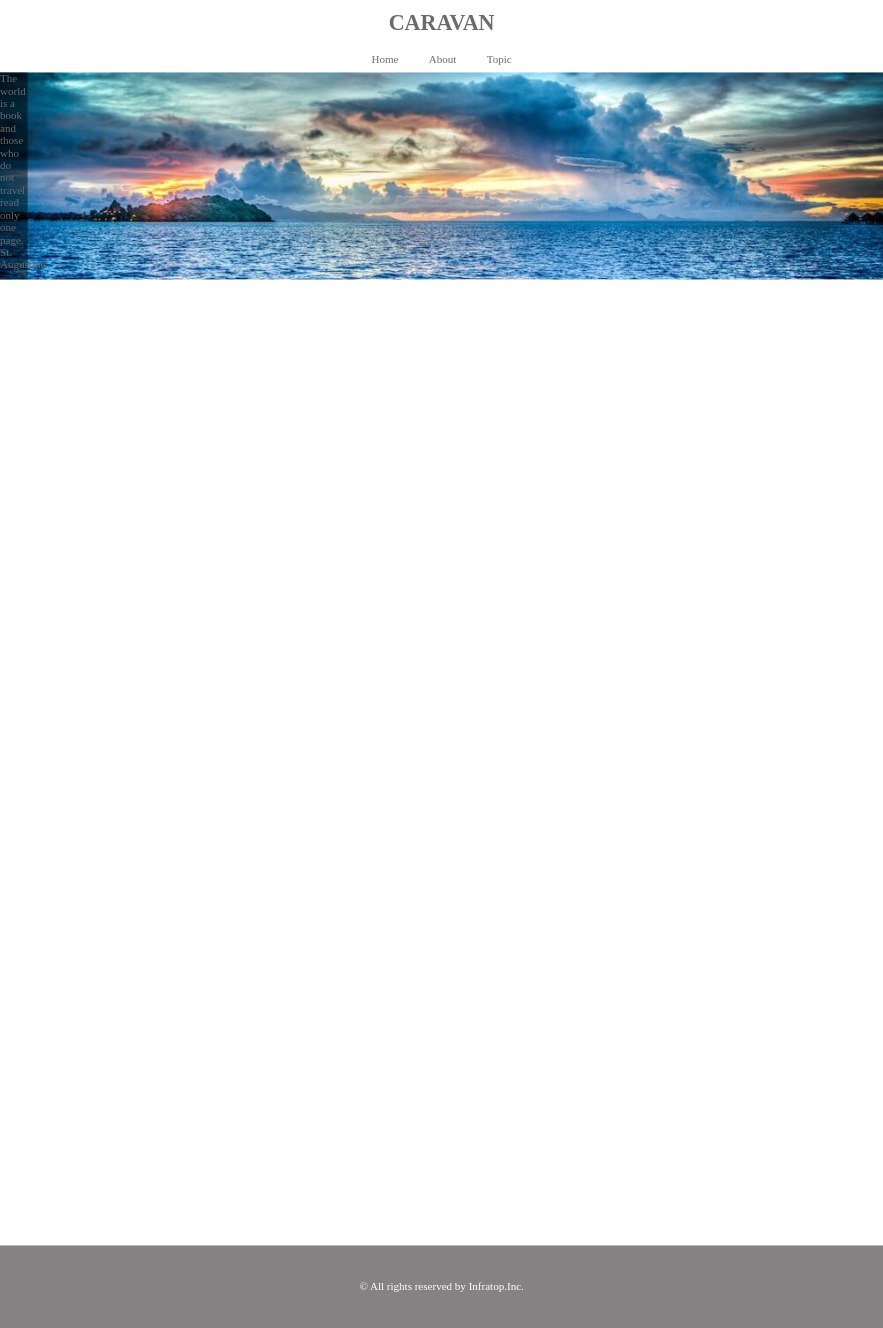
Repository: kowatann/sample_app
Page: caravan/index.html
The author's editor kept a record of every edit. The page is drawn from the files as they stood at one moment, then again after the next edit.
The browser window is 1280 px wide. The pictures show the whole page, at 69% of full size.

Above is the page before.

### caravan/index.html
<!DOCTYPE html>
<html lang="ja">
  <head>
    <meta charset="UTF-8" />
    <link rel="stylesheet" href="style.css" />
    <title>CARAVAN</title>
  </head>

  <body>
    <header>
      <h1 class="heading">
        <a href="index.html">
          CARAVAN
        </a>
      </h1>
    </header>

    <nav>
      <ul class="nav-list">
        <li class="nav-list-item">
          <a href="index.html">Home</a>
        </li>
        <li class="nav-list-item">About</li>
        <li class="nav-list-item">Topic</li>
      </ul>
    </nav>

    <div class="main-visual">
      <div class="main-visual-content">
        <p class="main-visual-text">
          The world is a book and those who do not travel read only one page.
        </p>
        <p class="main-visual-name">
          St. Augustine
        </p>      </div>
    </div>

    <div class="main">
      <div class="blog"></div>
      <div class="sidebar"></div>
    </div>

    <footer>
      <p class="footer-text">© All rights reserved by Infratop.Inc.</p>
    </footer>
  </body>
</html>

### caravan/style.css
* {
  margin: 0;
  padding: 0;
  box-sizing: border-box;
  color: #6c6b6b;
}

a {
  text-decoration: none;
}

header {
  width: 90%;
  padding: 15px 0;
  margin: 0 auto;
  text-align: center;
}

header .heading {

  font-size: 32px;
}

.nav-list {
  text-align: center;
  padding: 10px 0;
  margin: 0 auto;
}

.nav-list-item {
  list-style: none;
  display: inline-block;
  margin: 0 20px;
}

.main-visual {
  width: 100%;
  height: 300px;
  background-image: url(img/mv.jpg);
  background-size: cover;
  background-position: center;
}

.main-visual-content {
  width: 40px;
  height: 300px;
  background-color: rgba( 0, 0, 0, 0.5);
}

.main {
  width: 840px;
  display: flex;
  justify-content: center;
  margin: 0 auto;
}

.blog {
  width: 600px;
  height: 1400px;
}

.sidebar {
  width: 240px;
  height: 1400px;
}

footer {
  width: 100%;
  height: 120px;
  text-align: center;
  line-height: 120px;
  background-color: #848282;
}

.footer-text {
  color: #fff;
}

After the next edit:
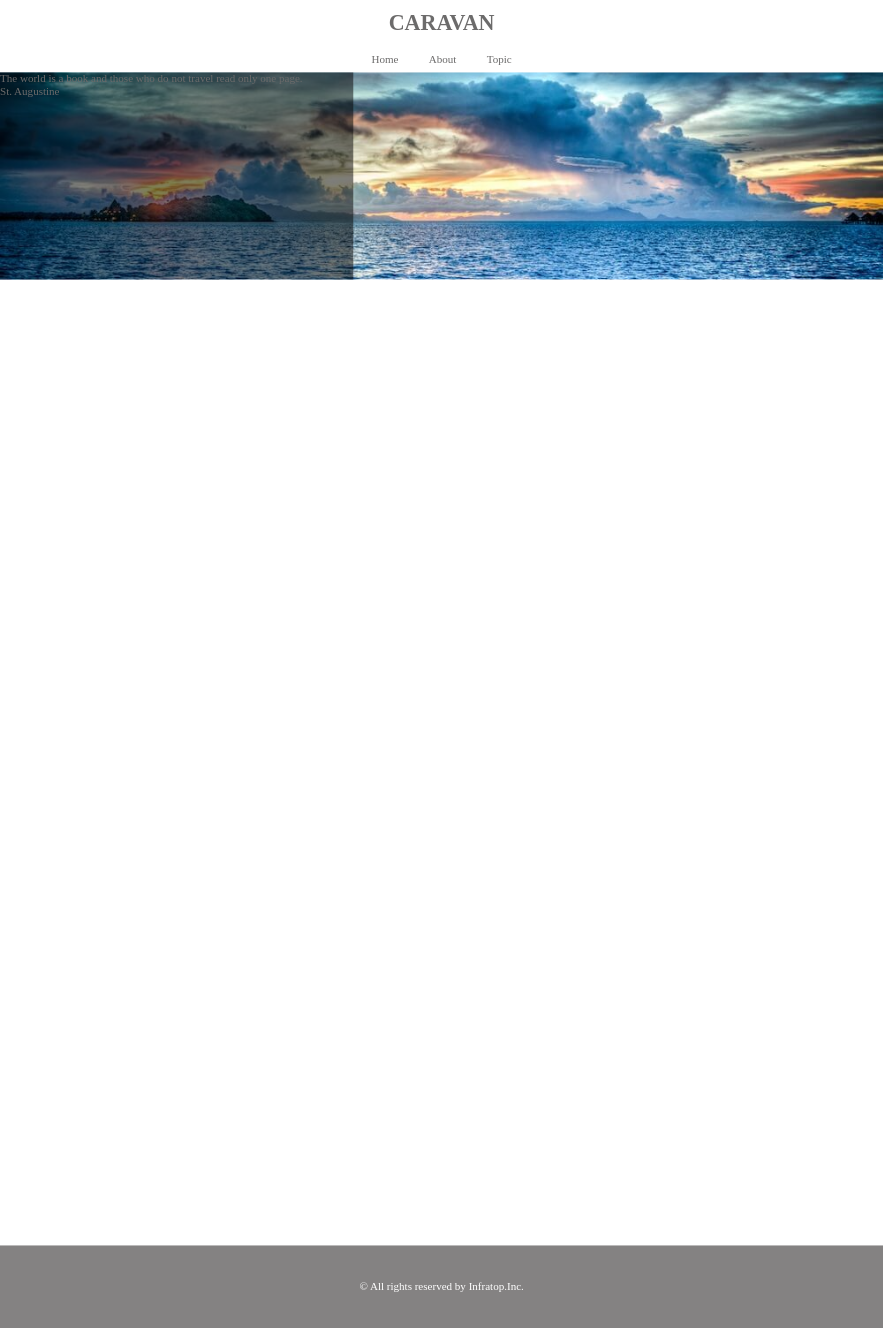
The edit:
--- a/caravan/style.css
+++ b/caravan/style.css
@@ -42,7 +42,7 @@
 }
 
 .main-visual-content {
-  width: 40px;
+  width: 40%;
   height: 300px;
   background-color: rgba( 0, 0, 0, 0.5);
 }
